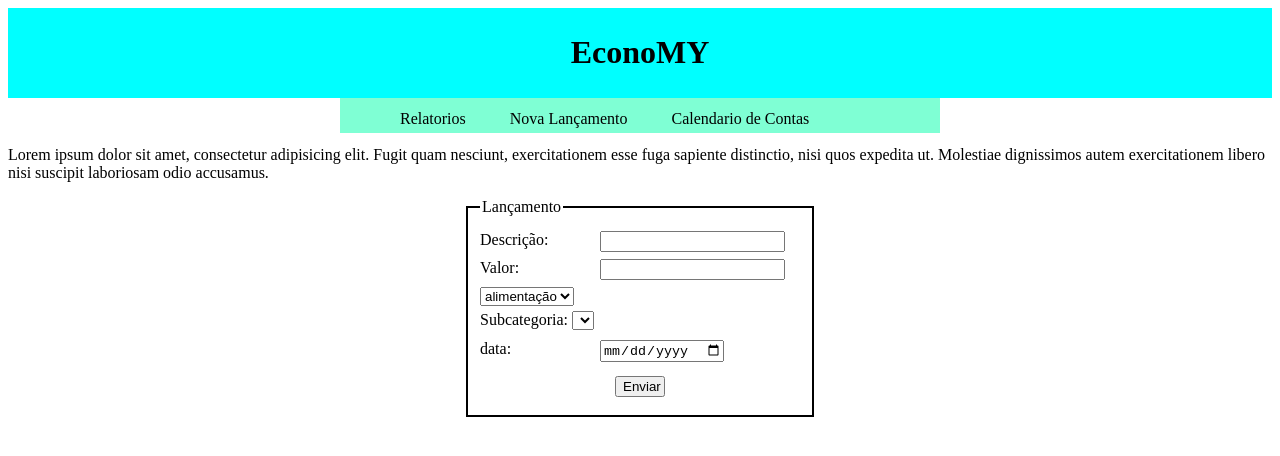
Repository: EconoMyRD/Sistema
Page: Economy/WebContent/html/novoLancamento.html
The author's editor kept a copy of each file at every save. The page is drawn from the files as they stood at one save, then again after the next save.
The browser window is 1280 px wide. The pictures show the whole page.

Above is the page before, as saved 2015-05-24 21:00:17.

After the next save:
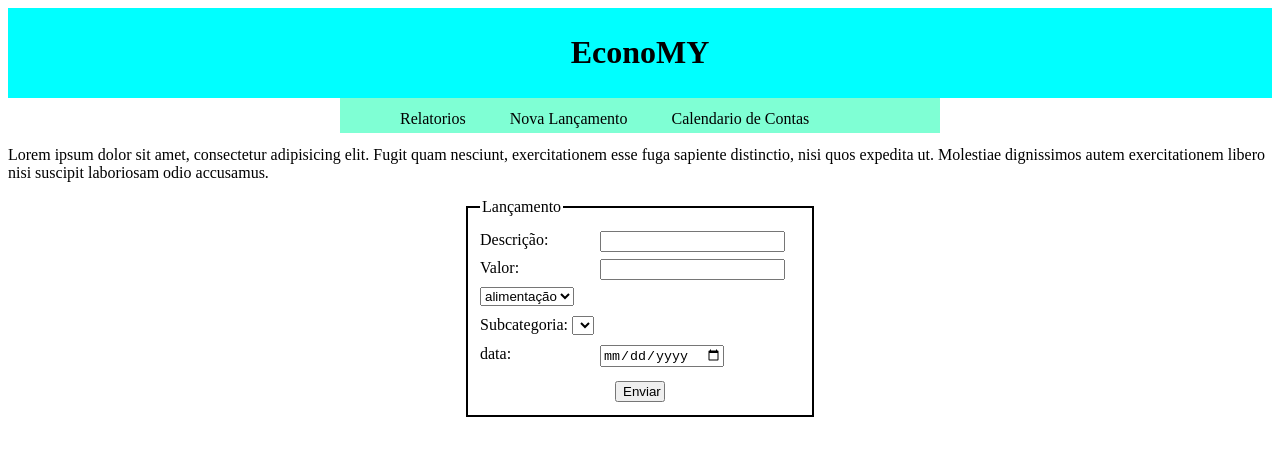
Saved 24 h 35 min later.
--- a/Economy/WebContent/html/novoLancamento.html
+++ b/Economy/WebContent/html/novoLancamento.html
@@ -51,7 +51,7 @@
                    <option value="4">lazer</option>
                    <option value="5">saúde</option>
                </select>
-           </label
+           </label>
 
             <label for="">
                 Subcategoria:
